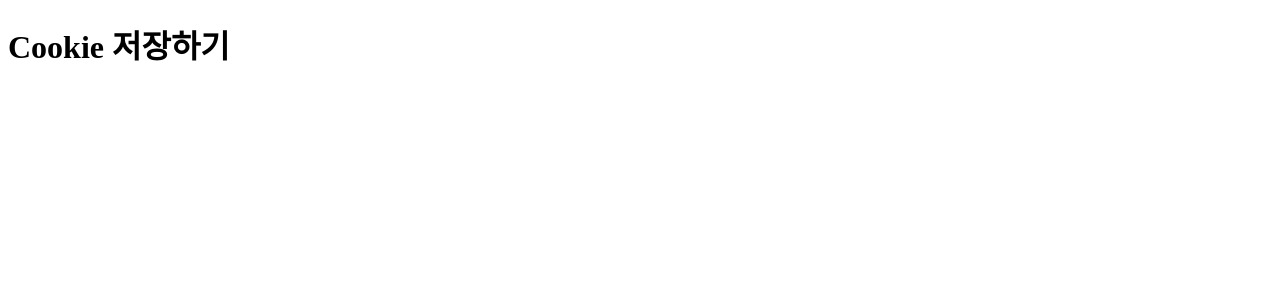
Repository: j-hee-98/Servlet-JSP
Page: http://localhost/step02_JSP/cookies/cookieSave.jsp
The author's editor kept a copy of each file at every save. The page is drawn from the files as they stood at one save, then again after the next save.
The browser window is 1280 px wide. The pictures show the whole page.
The page is served by Tomcat 9.

Above is the page before, as saved 2025-04-16 01:54:40.

After the next save:
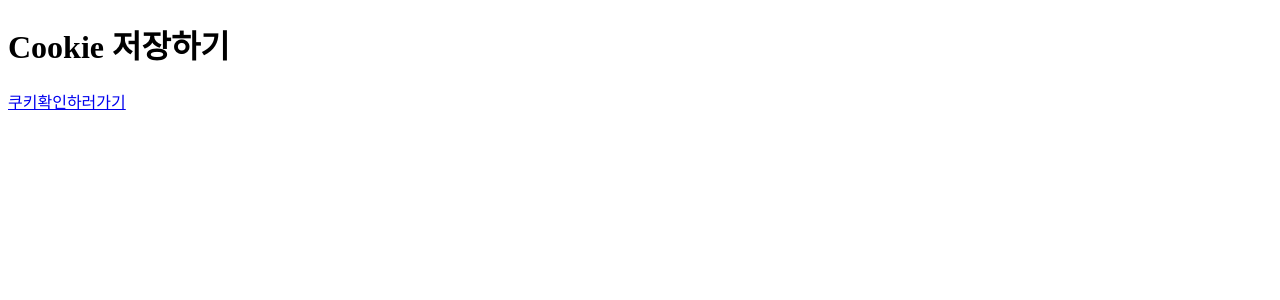
Saved 31 s later.
--- a/step02_JSP/src/main/webapp/cookies/cookieSave.jsp
+++ b/step02_JSP/src/main/webapp/cookies/cookieSave.jsp
@@ -23,5 +23,6 @@
 	 response.addCookie(co1);
 	 response.addCookie(co2);
 %>
+<a href="cookieGet.jsp">쿠키확인하러가기</a>
 </body>
 </html>
